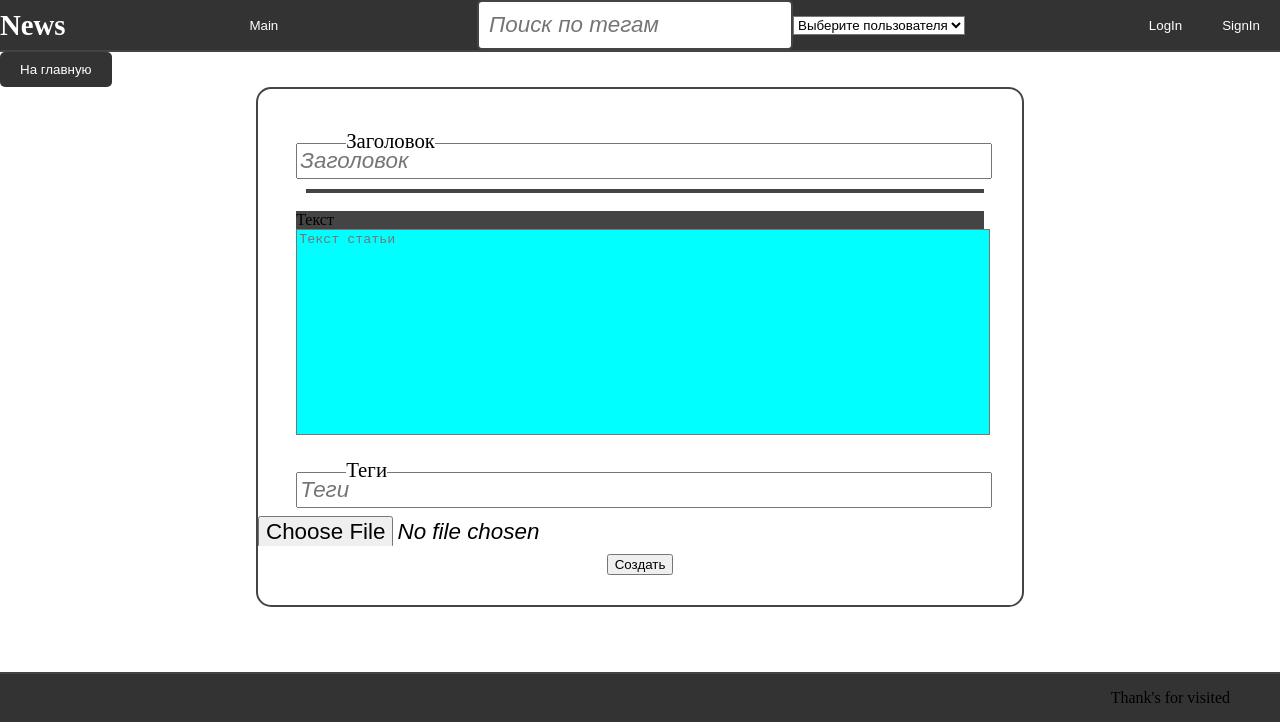
Repository: Igor-Blazhko/news_frontend
Page: /CreatePost
The author's editor kept a copy of each file at every save. The page is drawn from the files as they stood at one save, then again after the next save.
The browser window is 1280 px wide. The pictures show the whole page.
The project was rebuilt for these pictures with package versions that can differ from the ones it lists, and the page was loaded fresh each time. Also part of the build but not shown: vite.config.ts, src/components/allPost/onePost/onePost.module.css, src/components/allPost/onePost/onePost.tsx, src/components/allPost/allPost.tsx, src/components/auth/logIn/login.module.css, src/components/auth/logIn/login.tsx, src/components/auth/register/register.tsx, src/components/pageOnePost/comments/comment.tsx and 2 more.

Above is the page before, as saved 2024-07-15 16:33:08.

### src/App.tsx
import Header from './components/header/header'
import AllPost from './components/allPost/allPost'
import Footer from './components/footer/footer'
import LogIn from './components/auth/logIn/login'
import { Page } from './types'
import SignIn from './components/auth/register/register'
import { BrowserRouter, Route, Routes } from 'react-router-dom'
import OnePost from './components/pageOnePost/OnePost'
import { Provider } from 'react-redux'
import { store } from './store'
import { QueryClient, QueryClientProvider } from '@tanstack/react-query'
import CreatePost  from './components/createPost/createPost'



const queryClient = new QueryClient();

function App() {

  return (
    <Provider store={store}>
      <QueryClientProvider client={queryClient}>
        <BrowserRouter>
        <Header></Header>
          <Routes>
            <Route path="*" element ={ <AllPost/> }/>
            <Route path={Page.LogIn} element ={ <LogIn/> }/>
            <Route path={Page.SignIn} element ={ <SignIn/> }/>
            <Route path={Page.CreatePost} element ={ <CreatePost/> }/>
            <Route path={Page.OnePost+'/:id'} element ={ <OnePost/> }/>
          </Routes>
        <Footer></Footer>
        </BrowserRouter>
      </QueryClientProvider>
    </Provider>
  )
}

export default App

### src/index.css
body{
  margin: 0;
  padding: 0;
  width: 100vw;
  min-height: 100vh;
  overflow-x: hidden;
}

main{
  min-height: calc(100vh - 100px);
}

### src/components/header/header.tsx

import { Link } from 'react-router-dom';
import Button from '../simplyComponents/button/button';
import styles from './header.module.css'
import ButtonAuth  from './buttonAuth/buttonAuth';
import Filter from './filter/filter';


export default function Header() {
        return (
        <header className={styles.header}>
            <div className={styles.logo}>
                News
            </div>
            <nav>
                <Link to="">
                    <Button>Main</Button>
                </Link>
            </nav>
            <Filter/>
            <ButtonAuth/>
        </header>
    )
}

### src/components/footer/footer.tsx
import { Link } from 'react-router-dom'
import styles from './footer.module.css'
import { Page } from '../../types'
import Button from '../simplyComponents/button/button'
import { useSelector } from 'react-redux'
import { States } from '../../store'

export default function Footer(){
    const JWT = useSelector( (state:States) => state.JWT)
    return(
        <footer className={styles.footer}>
            {
            JWT &&
            <Link to={'/'+Page.CreatePost}>
                <Button>Создать пост</Button>
            </Link>
            }

            <div className={styles.text}>Thank's for visited</div>
        </footer>
    )
}

### src/types.ts
export const enum Page {
    LogIn = 'LogIn',
    SignIn = 'SignIn',
    AllPost = 'AllPost',
    OnePost = 'OnePost',
    CreatePost = 'CreatePost',
}

export class ObjectToken {
    private readonly access_token:string;
    constructor(access_token:string){
        this.access_token = access_token;
    }
}

export class HTTPExeption{
    private readonly response:string;
    private readonly status:number;
    private readonly message:string;
    private readonly name:string;
    constructor(response:string, status:number, message:string, name:string){
        this.response = response;
        this.status = status;
        this.message = message;
        this.name = name;
    }
}

### src/store.ts
import { createStore } from '@reduxjs/toolkit'
import cooks from './basefunction';

export interface States{
  tagfilter: string[],
  userfilter: number,
  JWT:string|undefined,
  location: string,
}

const defaultState:States = {
  tagfilter: [],
  userfilter: 0,
  JWT: cooks.getJWT(),
  location: '*',
}

type Action = {
  type:string,
  buffer?:string,
  userId?:number,
  JWT?:string,
}
const reducer = (state = defaultState, action:Action) => {
  switch (action.type){
    case 'Filter':
      if (( 'buffer' in action) && (action.buffer !== undefined)) {
        const arr = action.buffer.split(' ');
        state = {...state,
          tagfilter: arr,
        }
      }
      return state;
    case 'setUserFilter':
      if (( 'userId' in action) && (action.userId !== undefined)) {
        state = {...state,
          userfilter: action.userId,
        }
      }
      return state
    case 'SetJWT':
      if ( ('JWT' in action) && (action.JWT !== undefined) ){
        state = {...state,
          JWT: action.JWT,
        }
        cooks.LogIn(action.JWT)
      // document.cookie = `JWT_token=${action.JWT}`
      }
      return state;
    case 'DelJwt':
      state = {
        ...state,
        JWT:'',
      }
      cooks.LogOut()
      return state;
    case 'setLocation':
      state = {
        ...state,
        location: location.pathname,
      }
      return state;
    case 'dropLocation':
      state = {
        ...state,
        location: '*',
      }
      return state;
    default:
      return state;
  }
}

export const store = createStore(reducer)

### src/components/createPost/createPost.tsx
import { Link } from "react-router-dom";
import { Page } from "../../types";
import Button from "../simplyComponents/button/button";
import SERVER from "../../dataServer";
import styles from "./createPost.module.css"

export default function CreatePost(){

    return (
        <main>
            <Link to={'/'}>
                <Button>На главную</Button>
            </Link>
            <div>
                <form action={SERVER.POST.News.create} method="post" className={styles.form}>
                    <div className={styles.article}>
                        <label htmlFor="article" className={styles.article} >Заголовок</label>
                        <input type="text" name="article" maxLength={254} placeholder="Заголовок" className={styles.article}/>
                    </div>
                    <div className={styles.text}>
                        <div className={styles.label}>Текст</div>
                        <textarea name="text" placeholder="Текст статьи" className={styles.text}/>
                    </div>
                    <div className={styles.tags}>
                        <label htmlFor="tags" className={styles.tags}>Теги</label>
                        <input type="text" name="tags" placeholder="Теги"  className={styles.tags}/>
                    </div>
                    <input type="file" />
                    <button type="submit" className={styles.btn}>Создать</button>
                </form>
            </div>
        </main>

    )
}

### src/components/simplyComponents/button/button.tsx
import { MouseEventHandler, ReactNode } from 'react'
import styles from './button.module.css'
type Button = {
    text?:string,
    children?:ReactNode
    onClick?:MouseEventHandler<HTMLButtonElement>
}

export default function Button(props:Button){

    return(
        <button className={styles.button} onClick={props.onClick}>{props.children}</button>
    )
}

### src/components/header/header.module.css
header {
    background-color: #333;
    display: flex;
    justify-content: space-between;
    align-items: center;
    border-bottom: 2px solid #444;
    box-sizing: border-box;
    min-height: 50px;
}

.logo {
    font-size: 1.8em;
    font-weight: bold;
    color: #fff;
}



  .filter {
    display: flex;
    align-items: center;
  }

  .filter input,
  .filterselect {
    padding: 8px 10px;
    margin-left: 15px;
    border: 2px solid #444;
    border-radius: 5px;
    transition: border-color 0.3s ease;
  }

  .filter input:focus,
  .filter select:focus {
    border-color: #888;
  }

  .filter select {
    background-color: #fff;
}

### src/components/header/buttonAuth/buttonAuth.tsx
import { useDispatch, useSelector } from "react-redux"
import { States } from "../../../store"
import cooks from "../../../basefunction";
import Button from "../../simplyComponents/button/button";
import { Link } from "react-router-dom";
import { Page } from "../../../types";

export default function ButtonAuth(){

    const JWT = useSelector( (state:States) => state.JWT);
    const dispatch = useDispatch();

    function LogOut(){
        dispatch({
            type: 'DelJwt',
        })
    }

    return (
        <>
            {
                JWT?
                <div className="auth">
                    <Button onClick={LogOut}>LogOut</Button>
                </div>
                :
                <div className="auth">
                    <Link to={Page.LogIn}>
                        <Button>LogIn</Button>
                    </Link>
                    <Link to={Page.SignIn}>
                        <Button>SignIn</Button>
                    </Link>
                </div>
                }
        </>
    )
}

### src/components/header/filter/filter.tsx

import { useEffect, useState } from 'react'
import { User } from '../../pageOnePost/types/types'
import styles from '../header.module.css'
import { useDispatch } from 'react-redux'

export default function Filter(){
    const [users, setUsers] = useState([ {
        id: 1,
        name: 'igor',
        sername: 'Blazhko',
        login: 'user1',
    }])
    const [change, setChange] = useState(false)
    const dispatch = useDispatch()

    useEffect(() => {
        const users = [
            {
                id: 1,
                name: 'igor',
                sername: 'Blazhko',
                login: 'user1',
            },
            {
                id: 2,
                name: 'igor',
                sername: 'Tokin',
                login: 'user2',
            },
            {
                id: 3,
                name: 'igor',
                sername: 'Lankin',
                login: 'user3',
            },
        ];
        setUsers(users);
        // setLog(JWT)
    },[])

    function changeFilter(event:React.ChangeEvent<HTMLInputElement>){
        dispatch({
            type:'Filter',
            buffer: event.target.value,
        })
    }

    function changeUser(event) {
        dispatch({
            type:'setUserFilter',
            userId: +event.target.value,
        })
        if ( +event.target.value ) setChange(true)
        else setChange(false)
    }

    return (
            <div className={styles.filter}>
                <input type="text" placeholder="Поиск по тегам" onChange={changeFilter}/>
                <select onChange={changeUser} defaultValue="option0">
                    <option value="0">
                        { change? 'Cбросить фильтрацию': 'Выберите пользователя'}
                    </option>
                    {
                        users.map((user:User)=> <option key = {user.id} value={user.id}>{user.name} {user.sername}</option>)
                    }
                </select>
            </div>
    )
}

### src/components/allPost/allPost.module.css

main {
    display: flex;
    flex-direction: column;
    row-gap: 25px;
  }

### src/dataServer.ts


const SERVER = {
    base: 'http://192.168.3.37:5000/',
    POST: {
        register: 'http://127.0.0.1:5000/auth/registration',
        login: 'http://127.0.0.1:5000/auth/login',
        comments: {
            createCom: 'http://127.0.0.1:5000/comments',
        },
        News: {
            create: 'http://127.0.0.1:5000/news',
        }
    },
    GET: {
        allNews: 'http://127.0.0.1:5000/news',
        oneNews: 'http://127.0.0.1:5000/news?id=',
        getAllCommentByPostId: 'http://127.0.0.1:5000/comments?id=',
    }
}
export default SERVER;

### src/components/footer/footer.module.css
footer {
    width: 100vw;
    background-color: #333;
    min-height: 50px;
    border-top: 2px solid #444;
    display: flex;
    justify-content: flex-end;
    align-items: center;
    box-sizing: border-box;
}

.text{
    margin-right: 50px;
}

### src/components/pageOnePost/OnePost.module.css
main{
  display: block;
}
.post_content_full {
    display: flex;
    flex-direction: column;
    align-items: center;
    text-align: center;
    animation: slideIn 0.5s ease-in-out;
  }

  .post_image {
    width: 150px;
    height: 150px;
    margin-bottom: 20px;
  }

  .post_title_full {
    font-size: 2em;
    margin-bottom: 20px;
  }

  .post_text_full {
    font-size: 1.2em;
    margin-bottom: 40px;
  }

  .comments {
    background-color: #fff;
    padding: 20px;
    border: 1px solid #ccc;
    border-radius: 10px;
    margin-top: 20px;
  }



  .comments h3 {
    font-size: 1.5em;
    margin-bottom: 10px;
  }

  .comment {
    margin-bottom: 10px;
    padding: 10px;
    border: 1px solid #ccc;
    border-radius: 5px;
    background-color: #fafafa;
  }

  .comment p {
    font-size: 1.2em;
  }

  .comment_form {
    margin-top: 20px;
  }

  .comment_form textarea {
    width: 100%;
    padding: 10px;
    margin-bottom: 10px;
    border: 1px solid #ccc;
    border-radius: 5px;
    resize: vertical;
    transition: border-color 0.3s ease;
  }

  .comment_form textarea:focus {
    border-color: #888;
  }

  .comment_form button {
    padding: 10px;
    border: none;
    border-radius: 5px;
    background-color: #333;
    color: #fff;
    cursor: pointer;
    transition: background-color 0.3s ease, transform 0.3s ease;
  }

  .comment_form button:hover {
    background-color: #444;
    transform: translateY(-3px);
  }

### src/basefunction.ts
import { useDispatch } from "react-redux";

class Cookie {
    getCookie(name:string) {
        let matches = document.cookie.match(new RegExp(
          "(?:^|; )" + name.replace(/([\.$?*|{}\(\)\[\]\\\/\+^])/g, '\\$1') + "=([^;]*)"
        ));
        return matches ? decodeURIComponent(matches[1]) : undefined;
    }

    setCookie(name:string, value:string, options = {}) {

        options = {
          path: '/',
          // при необходимости добавьте другие значения по умолчанию
          ...options
        };

        if (options.expires instanceof Date) {
          options.expires = options.expires.toUTCString();
        }

        let updatedCookie = encodeURIComponent(name) + "=" + encodeURIComponent(value);

        for (let optionKey in options) {
          updatedCookie += "; " + optionKey;
          let optionValue = options[optionKey];
          if (optionValue !== true) {
            updatedCookie += "=" + optionValue;
          }
        }

        document.cookie = updatedCookie;
    }

    deleteCookie(name:string) {
        this.setCookie(name, "", {
          'max-age': -1
        })
    }

    getJWT(){
        return this.getCookie('JWT_token')
    }

    LogIn(token:string){
        this.setCookie('JWT_token', token, {
            'max-age': 3600
          } )
    }

    LogOut(){
        this.setCookie('JWT_token', '', {
            'max-age': 3600
          } )
    }
}
const cooks = new Cookie()
export default cooks

### src/components/createPost/createPost.module.css
.form {
    border: 2px solid #444;
    border-radius: 15px;
    width: 60%;
    height: calc(100vh - 200px);
    margin: 0 auto;
    display: flex;
    flex-direction: column;
    justify-content: space-between;
    align-items: center;
    padding: 30px 0 ;
    box-sizing: border-box;
}

form>div{
    width: 90%;
}

label {
    position: relative;
    top: 10px;
    left: 50px;
    z-index: 2;
    background-color: white;
    font-size: 1.3em;
    transition: all 0.3s ease-in-out;
}
div:has(input:focus) label{
    transition: all 0.2s  ease-in;
    top: 0;
}
.label{
    background-color: #444;
}
textarea{
	resize: none;
    width: 100%;
    height: 200px;
    background-color: aqua;
}

input{
    width: 100%;
    height: 30px;
    font-size: 1.4em;
    font-style: italic;
    display: block;
}

div.article::after{
    display: block;
    width: 98%;
    background-color: #444;
    border: 2px solid #444;
    content: "";
    margin: 10px;
}

### src/components/simplyComponents/button/button.module.css
.button {
    padding: 10px 20px;
    background-color: #333;
    color: #fff;
    border: none;
    border-radius: 5px;
    cursor: pointer;
    transition: background-color 0.3s ease, transform 0.3s ease;
    text-decoration: none;
}

.button:hover {
    background-color: #444;
    transform: translateY(-3px);
}

Loaded but not shown: index.html (common file); src/main.tsx (common file)

After the next save:
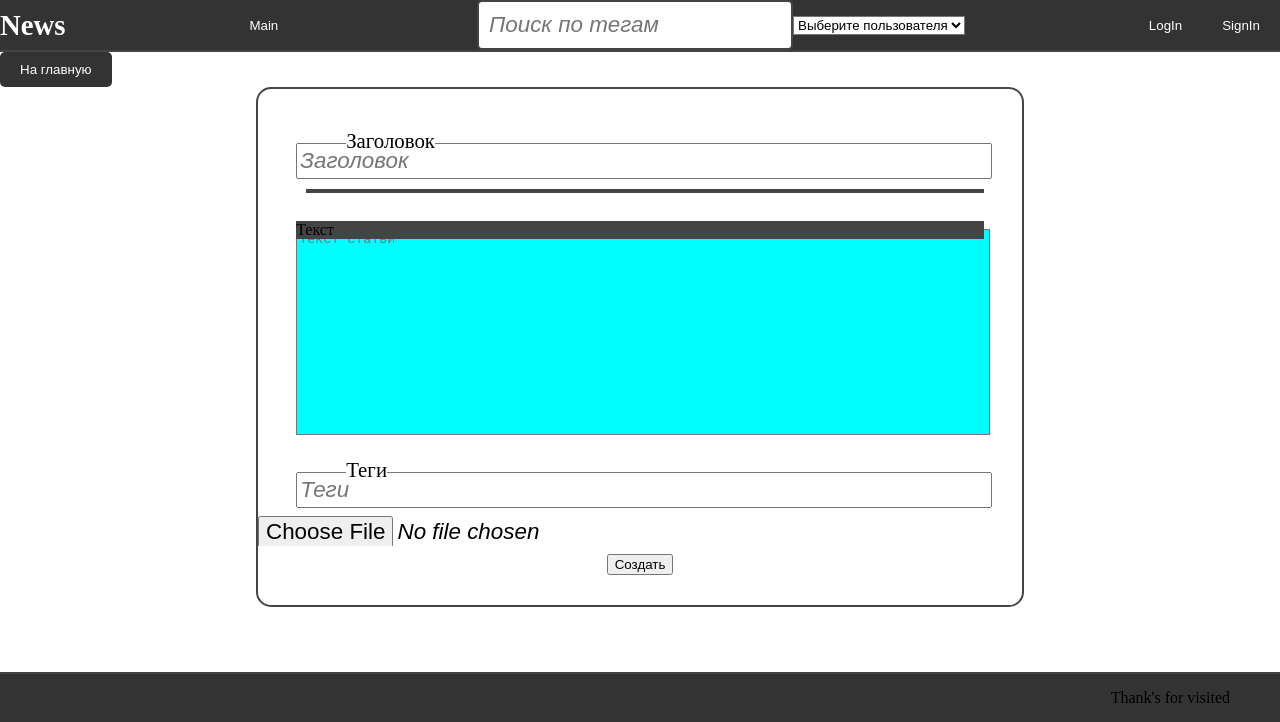
Saved 9 s later.
--- a/src/components/createPost/createPost.module.css
+++ b/src/components/createPost/createPost.module.css
@@ -31,6 +31,8 @@ div:has(input:focus) label{
 }
 .label{
     background-color: #444;
+    position: relative;
+    top: 10px;
 }
 textarea{
 	resize: none;
